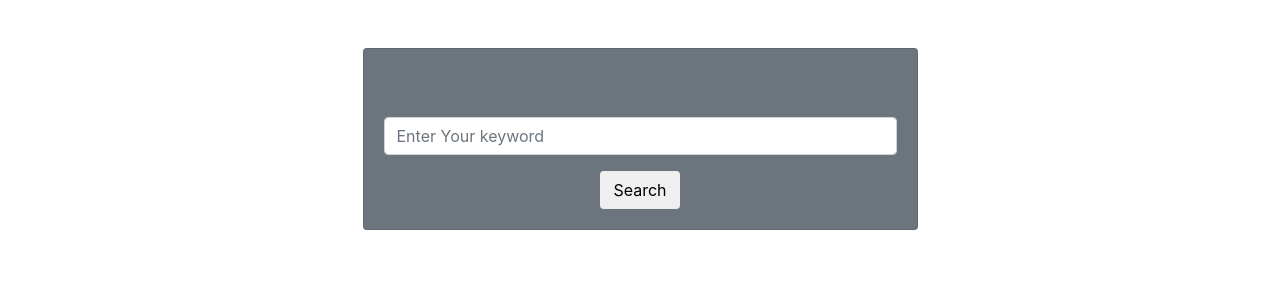
Repository: priyaadya/spring-practice-codes
Page: http://localhost/SearchPageMvc/home
The author's editor kept a copy of each file at every save. The page is drawn from the files as they stood at one save, then again after the next save.
The browser window is 1280 px wide. The pictures show the whole page.
Some web libraries are served in a nearby version. The page is served by Tomcat 9.

Above is the page before, as saved 2023-06-04 18:18:31.

After the next save:
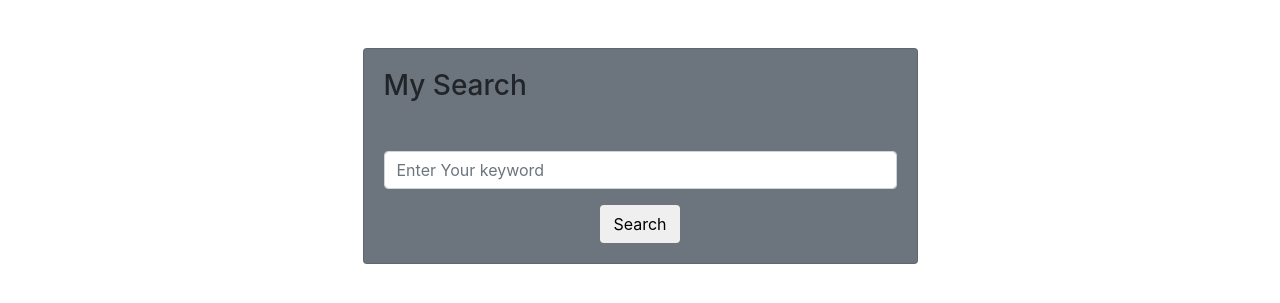
Saved 46 s later.
--- a/SearchPageMvc/src/main/webapp/WEB-INF/views/home.jsp
+++ b/SearchPageMvc/src/main/webapp/WEB-INF/views/home.jsp
@@ -14,6 +14,7 @@
  <div class="container">
  <div class="card mx-auto mt-5 bg-secondary" style="width:50%;">
  <div class="card-body">
+ <h3>My Search</h3>
  <form class="mt-5">
  <div class="form-group">
  <input type="text" name="querybox" placeholder="Enter Your keyword"
